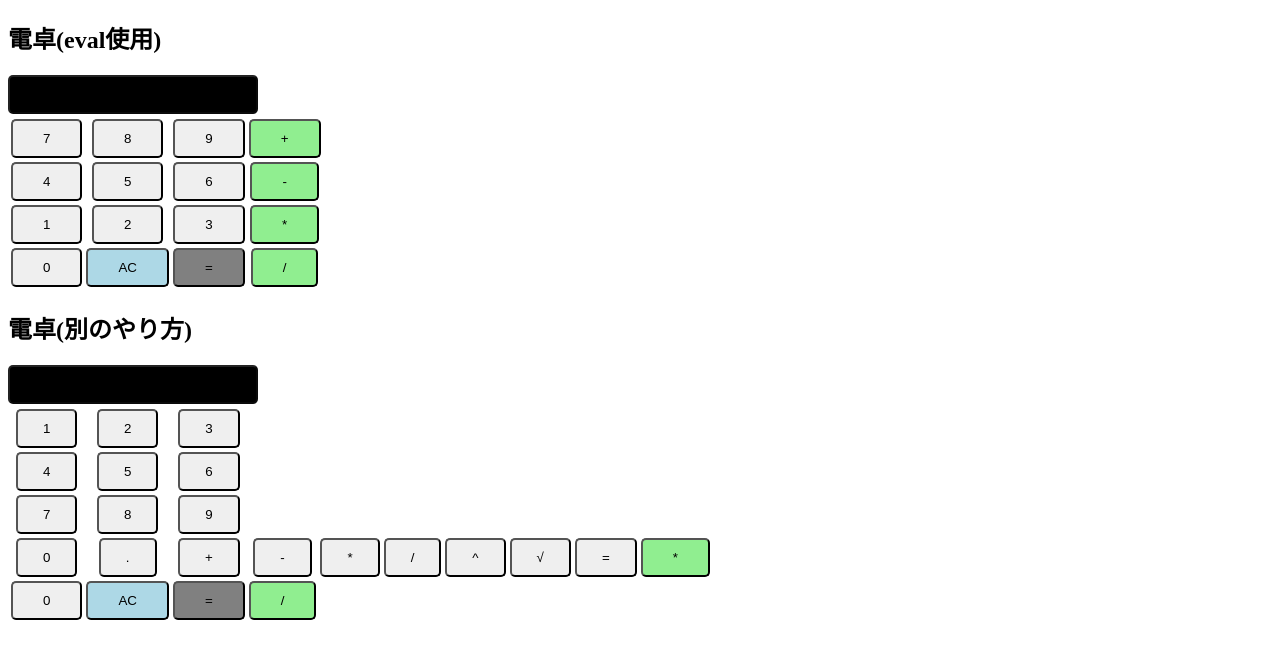
Repository: syokaturyou/potepan
Page: dentaku.html
The author's editor kept a record of every edit. The page is drawn from the files as they stood at one moment, then again after the next edit.
The browser window is 1280 px wide. The pictures show the whole page.

Above is the page before.

### dentaku.html
   <!DOCTYPE html>
    <html lang="en">
      <head>
        <meta charset="utf-8">
        <link rel="stylesheet" href="css/main.css">
        <title>電卓</title>
        <script src="javascript/jquery.min.js"></script>
        <script type="text/javascript" src="javascript/main.js" charset="utf-8"></script>
      </head>

      <body>
        <form name="dentaku">
        <h2>電卓(eval使用)</h2>
          <table>
          <tr>
            <input type="button" class="display" name="display" value="" disabled>
          </tr>
          <tr>
            <th><input type="button" value="7" onclick="get_calc(this)"></th>
            <th><input type="button" value="8" onclick="get_calc(this)"></th>
            <th><input type="button" value="9" onclick="get_calc(this)"></th>
            <th><input type="button" class="operator" value="+" onclick="get_calc(this)"></th>
          </tr>
          <tr>
            <th><input type="button" value="4" onclick="get_calc(this)"></th>
            <th><input type="button" value="5" onclick="get_calc(this)"></th>
            <th><input type="button" value="6" onclick="get_calc(this)"></input></th>
            <th><input type="button" class="operator" value="-" onclick="get_calc(this)"></th>
          </tr>
          <tr>
            <th><input type="button" value="1" onclick="get_calc(this)"></th>
            <th><input type="button" value="2" onclick="get_calc(this)"></th>
            <th><input type="button" value="3" onclick="get_calc(this)"></th>
            <th><input type="button" class="operator" value="*" name="multi_btn" onclick="get_calc(this)"></th>
          </tr>
          <tr>
            <th><input type="button" value="0" onclick="get_calc(this)"></th>
            <th><input type="button" class="ac" value="AC" onclick="get_calc(this)"></th>
            <th><input type="button" class="equal" value="=" onclick="get_calc(this)"></th>
            <th><input type="button" class="operator" value="/" name="div_btn" onclick="get_calc(this)"></th>
          </tr>
        </table>
        </form>


        <h2>電卓(別のやり方)</h2>
        <table>
          <tr>
            <input type="button" class="display" name="display" value="" disabled>
          </tr>
          <!--<tr>-->
          <!--  <th><button onclick="document.querySelector( 'input' ).value += '1' " >1</button></th>-->
          <!--  <th><button onclick="document.querySelector( 'input' ).value += '2' " >2</button></th>-->
          <!--  <th><button onclick="document.querySelector( 'input' ).value += '3' " >3</button></th>-->
          <!--  <th><button onclick="document.querySelector( 'input' ).value = '' " >CLR</button></th>-->
          <tr>
            <th><button onclick="append( '1' )" >1</button></th>
            <th><button onclick="append( '2' )" >2</button></th>
            <th><button onclick="append( '3' )" >3</button></th>
          </tr>
          <tr>
            <th><button onclick="append( '4' )" >4</button></th>
            <th><button onclick="append( '5' )" >5</button></th>
            <th><button onclick="append( '6' )" >6</button></th>
          </tr>
          <tr>
            <th><button onclick="append( '7' )" >7</button></th>
            <th><button onclick="append( '8' )" >8</button></th>
            <th><button onclick="append( '9' )" >9</button></th>
          </tr>
            <th><button onclick="append( '0' )" >0</button></th>
            <th><button onclick="append( '.' )" >.</button></th>
            <th><button onclick="append( '+' )" >+</button></th>
            <th><button onclick="append( '-' )" >-</button></th>
            <th><button onclick="append( '*' )" >*</button></th>
            <th><button onclick="append( '/' )" >/</button></th>
            <th><button onclick="append( '**' )" >^</button></th>
            <th><button onclick="append( '**0.5' )" >√</button></th>

    <th><button onclick="calc()" >=</button></th>

            <th><input type="button" class="operator" value="*" name="multi_btn"></th>
          </tr>
          <tr>
            <th><input type="button" value="0"></th>
            <th><input type="button" class="ac" value="AC"></th>
            <th><input type="button" class="equal" value="="></th>
            <th><input type="button" class="operator" value="/" name="div_btn"></th>
          </tr>
        </table>

      </body>
    </html>

### css/main.css
table{
  background-color: white;
}
/*h4{*/
/*  width: 300px;*/
/*  color: white;*/
/*  background-color: black;*/
/*}*/
 input {
  padding: 10px 30px;
  border-radius: 5px;
}
 button{
  padding: 10px 25px;
  border-radius: 5px;
 }

 .display {
  width: 250px;
  text-align: right; /* 文字を右詰めに */
  background: black;
  color: white;
}

 .operator{
  background-color: lightgreen;
}
 .equal{
  background-color: gray;
}
 .ac{
  background-color: lightblue;
}

### javascript/main.js
function get_calc(btn) {
      if(btn.value == "=") {
        document.dentaku.display.value = eval(document.dentaku.display.value);
      } else if (btn.value == "AC") {
        document.dentaku.display.value = "0";
      } else {
        if (btn.value == "×") {
          btn.value = "*";
        } else if (btn.value == "÷") {
          btn.value = "/";
        }
        document.dentaku.display.value += btn.value;
        document.dentaku.kakeru_btn.value = "×";
        document.dentaku.waru_btn.value = "÷";
      }
    }


  //    $(document).ready(function(){
  //     $(".button0").click(function() {
  //     let value = $(".button0").text(); //テキストを取得し変数に入れています
  //     $(".target").text(value); //テキストを変更する処理
  //     });

  //     $(".button1").click(function() {
  //     let value1 = 1;
  //     let value = value + value1
  //     $(".target").text(value);
  //     });

  //     $(".button2").click(function() {
  //     let value2 = 2;
  //     let value = value + value2
  //      $(".target").text(value);
  //     });

  //     $(".button3").click(function() {
  //     let value = 3;
  //      $(".target").text(value);
  //     });

  //     $(".button4").click(function() {
  //     let value = 4;
  //      $(".target").text(value);
  //     });

  //     $(".button5").click(function() {
  //     let value = $(".button5").number();
  //      $(".target").number(value);
  //     });

  //     $(".button6").click(function() {
  //     let value = $(".button6").text();
  //      $(".target").text(value);
  //     });

  //     $(".button7").click(function() {
  //     let value = $(".button7").text();
  //      $(".target").text(value);
  //     });

  //     $(".button8").click(function() {
  //     let value = $(".button8").text();
  //      $(".target").text(value);
  //     });

  //     $(".button9").click(function() {
  //     let value = $(".button9").text();
  //      $(".target").text(value);
  //     });

  //     $(".buttonreset").click(function() {
  //      $(".target").text(0);
  //     });

  // });

Loaded but not shown: javascript/jquery.min.js (library)

After the next edit:
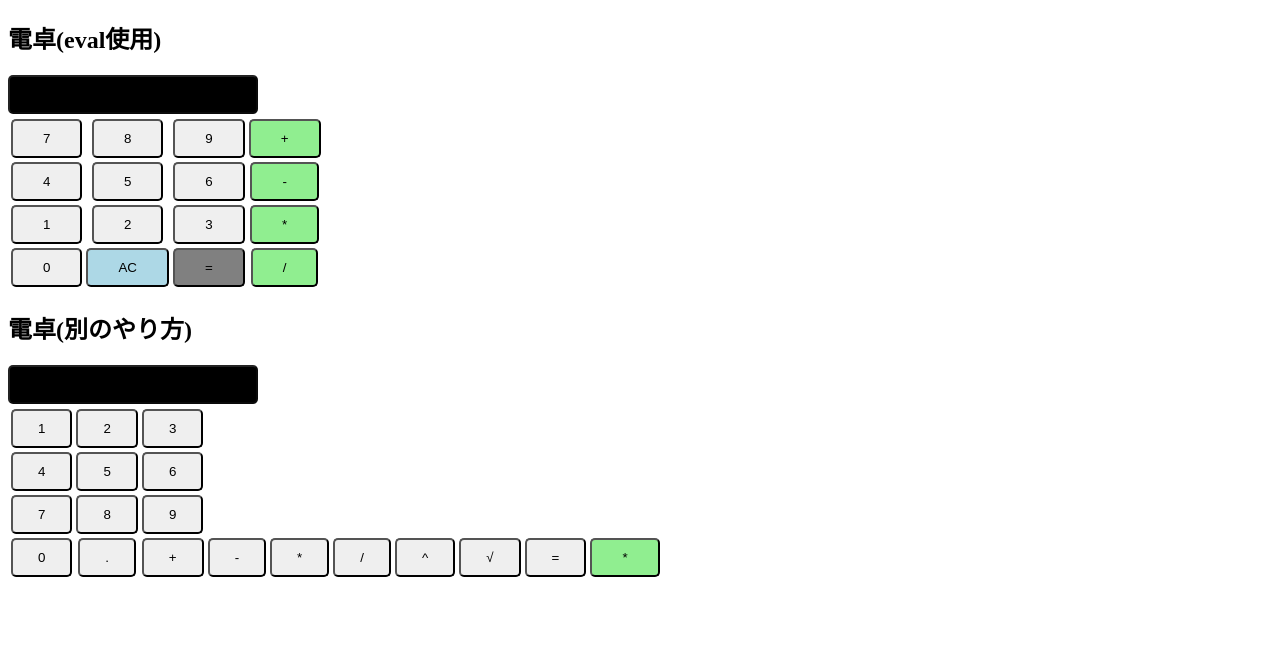
The edit:
--- a/dentaku.html
+++ b/dentaku.html
@@ -81,12 +81,7 @@
 
             <th><input type="button" class="operator" value="*" name="multi_btn"></th>
           </tr>
-          <tr>
-            <th><input type="button" value="0"></th>
-            <th><input type="button" class="ac" value="AC"></th>
-            <th><input type="button" class="equal" value="="></th>
-            <th><input type="button" class="operator" value="/" name="div_btn"></th>
-          </tr>
+
         </table>
 
       </body>
